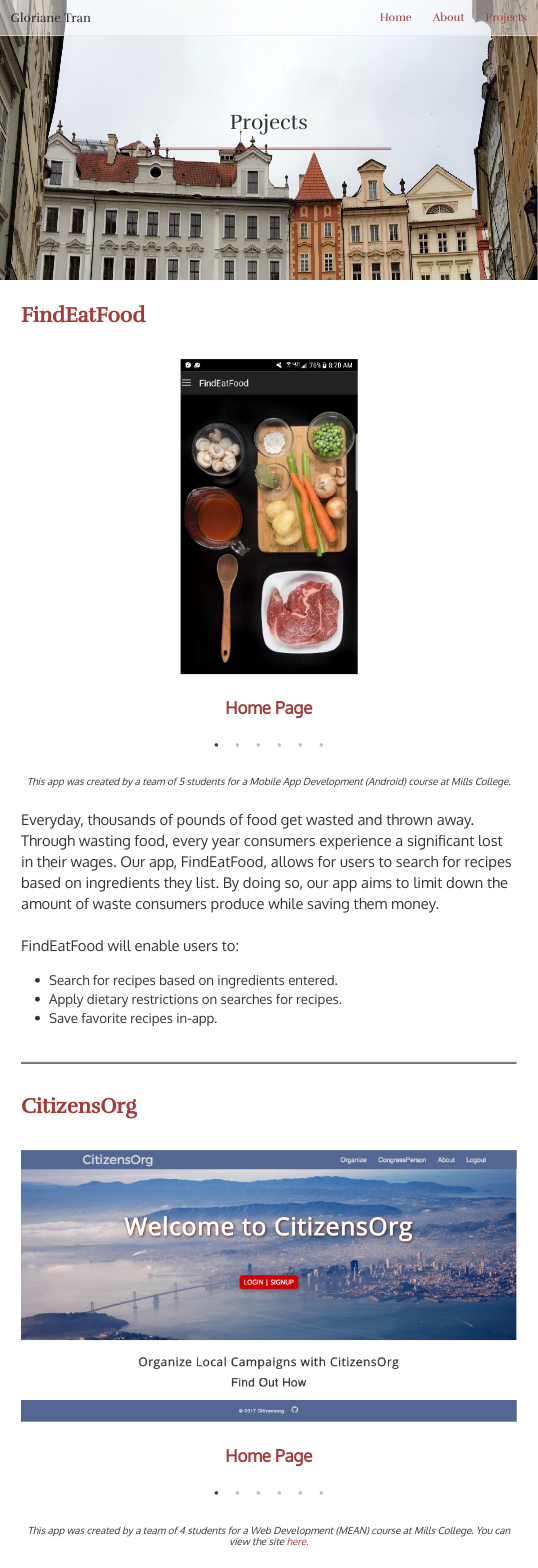
Repository: glorianetran/gloriane-web
Page: http://localhost/projects
The author's editor kept a record of every edit. The page is drawn from the files as they stood at one moment, then again after the next edit.
The browser window is 768 px wide. The pictures show the part of the page from y = 0 to 2240 px (the page is 3910 px tall), at 70% of full size.
Some web libraries are served in a nearby version. The page is served by the project's Node server (app.js). Other server files are loaded and not shown.

Above is the page before.

### app_server/views/projects.ejs
<!DOCTYPE html>
<html lang="en">
    <head>

        <% include partials/head.ejs %>

        <link href="/stylesheets/project.css" rel="stylesheet" type="text/css">

        <!--CSS for Slick-->
        <link href="/stylesheets/slick/slick.css" rel="stylesheet" type="text/css">
        <link href="/stylesheets/slick/slick-theme.css" rel="stylesheet" type="text/css">

        <!--Javascript for Slick-->
        <script type="text/javascript" src="/javascript/slick.min.js"></script>

        <!--Slick Slider JQuery-->
        <script>
            $(document).ready(function(){
                $('.slider').slick({
                  dots: true,
                  arrows: true
                });


                $('.slider2').slick({
                  dots: true,
                  arrows: true,
                });
            });
        </script>
	</head>

    <body>
        <% include partials/nav%>

        <div class="jumbotron">
            <h2 class="text-center rufina">Projects</h2>
            <strong><hr class="style"></strong>
        </div>

        <div class="container">
            <div class="margin">

                <!--FindEatFood-->
                <div class="container">
                    <a href="https://github.com/ruellia/FindEatFood" target="_blank" class="projects-header rufina">FindEatFood</a>
                    <br>
                    <br>
                    <br>
                    <div class="slider">
                        <div>
                            <img class="image-center" src="/images/findeatfood/home.png">
                            <h3 class="slide_caption text-center oxygen">Home Page</h3>
                        </div>

                        <div>
                            <img class="image-center" src="/images/findeatfood/recipesearch.png">
                            <h3 class="slide_caption text-center oxygen">Recipe Search Page</h3>
                        </div>

                        <div>
                            <img class="image-center" src="/images/findeatfood/dietary.png">
                            <h3 class="slide_caption text-center oxygen">Dietary Restrictions Page</h3>
                        </div>

                        <div>
                            <img class="image-center" src="/images/findeatfood/recipeslist.png">
                            <h3 class="slide_caption text-center oxygen">Recipe Search Results</h3>
                        </div>

                        <div>
                            <img class="image-center"  src="/images/findeatfood/reciperesult.png">
                            <h3 class="slide_caption text-center oxygen">Recipe Detail Page</h3>
                        </div>

                        <div>
                            <img class="image-center"  src="/images/findeatfood/favorites.png">
                            <h3 class="slide_caption text-center oxygen">Favorites Page</h3>
                        </div>
                     </div><!--end .slider-->

                    <br>
                    <div class="text-center"><h5><i class="oxygen">This app was created by a team of 5 students for
                    a Mobile App Development (Android) course at Mills College. </i></h5></div>
                    <br>
                    <div class="projects-text oxygen">
                    Everyday, thousands of pounds of food get wasted and thrown away.
                    Through wasting food, every year consumers experience a significant lost in their wages.
                    Our app, FindEatFood, allows for users to search for recipes based on ingredients they list.
                    By doing so, our app aims to limit down the amount of waste consumers produce while saving them money.
                    <br><br>
                    FindEatFood will enable users to:
                    </div>
                    <br>
                    <div class="projects-text-small oxygen">
                        <ul>
                            <li>Search for recipes based on ingredients entered.</li>
                            <li>Apply dietary restrictions on searches for recipes.</li>
                            <li>Save favorite recipes in-app.</li>
                        </ul>
                    </div>
                </div><!--end inner .container-->

                <br>
                <hr class="style-2">
                <br>

                <!--CitizensOrg-->
                <div class="container">
                    <a href="https://github.com/glorianetran/citizensorg" target="_blank" class="projects-header rufina">CitizensOrg</a>
                    <br>
                    <br>
                    <br>
                    <div class="slider2">
                        <div>
                            <img class="image-center-2" src="/images/citizensorg/home_copy.png">
                            <h3 class="slide_caption text-center oxygen">Home Page</h3>
                        </div>

                        <div>
                            <img class="image-center-2" src="/images/citizensorg/login.png">
                            <h3 class="slide_caption text-center oxygen">Signup/Login Page</h3>
                        </div>

                        <div>
                            <img class="image-center-2" src="/images/citizensorg/dashboard.png">
                            <h3 class="slide_caption text-center oxygen">Dashboard</h3>
                        </div>

                        <div>
                            <img class="image-center-2" src="/images/citizensorg/upcomingActions.png">
                            <h3 class="slide_caption text-center oxygen">Upcoming Actions Page</h3>
                        </div>

                        <div>
                            <img class="image-center-2" src="/images/citizensorg/findCongress.png">
                            <h3 class="slide_caption text-center oxygen">Congressperson Search Page</h3>
                        </div>

                        <div>
                            <img class="image-center-2" src="/images/citizensorg/congress_results.png">
                            <h3 class="slide_caption text-center oxygen">Congressperson Results Page</h3>
                        </div>
                    </div><!--end .slider-->

                    <br>
                    <div class="text-center"><h5><i class="oxygen">This app was created by a team of 4 students for
                    a Web Development (MEAN) course at Mills College. You can view the site
                    <a href="http://citizensorg.herokuapp.com/" target="_blank">here.</a></i></h5></div>
                    <br>
                    <div class="projects-text oxygen">
                    As a group of concerned citizens, we recognized the need to have a central place
                    where concerned individuals can find information to stay politically informed and active.
                    Our app, CitizensOrg, allows for users to serach for their local congressperson by zipcode and
                    organize events through their dashboard.
                    <br><br>
                    CitizensOrg will enable users to:
                    </div>
                    <br>
                    <div class="projects-text-small oxygen">
                        <ul>
                            <li>Search for their congressperson by zipcode.</li>
                            <li>View their congressperson's contact information.</li>
                            <li>Post actions.</li>
                            <li>View upcoming actions.</li>
                        </ul>
                    </div>
                </div><!--end inner .container-->

                <br>
                <hr class="style-2">
                <br>

                <!--Wake Up-->
                <div class="container">
                    <a href="https://github.com/memobelt/WakeUp" target="_blank" class="projects-header rufina">WakeUp</a>
                    <br>
                    <br>
                    <br>
                    <div class="slider">
                        <div>
                            <img class="image-center" src="/images/wakeup/alarm.png">
                            <h3 class="slide_caption text-center oxygen">Set Alarm</h3>
                        </div>

                        <div>
                            <img class="image-center" src="/images/wakeup/alarm_list.png">
                            <h3 class="slide_caption text-center oxygen">Alarm List</h3>
                        </div>

                        <div>
                            <img class="image-center" src="/images/wakeup/equation.png">
                            <h3 class="slide_caption text-center oxygen">Alarm Equation</h3>
                        </div>

                        <div>
                            <img class="image-center" src="/images/wakeup/stopwatch.png">
                            <h3 class="slide_caption text-center oxygen">Stopwatch</h3>
                        </div>

                        <div>
                            <img class="image-center" src="/images/wakeup/timer.png">
                            <h3 class="slide_caption text-center oxygen">Timer</h3>
                        </div>
                    </div><!--end .slider-->

                    <br>
                    <div class="text-center"><h5><i class="oxygen">This app was created by a team of 2 students for
                    a Mobile App Development (Android) course at Aquincum Institute of Technology (AIT) in Budapest.</i></h5></div>
                    <br>
                    <div class="projects-text oxygen">
                    Most people will set an alarm everyday but still wake up late. This is
                    partially because of the snooze option. WakeUp is alarm app that
                    turns off ONLY if you solve an equation. Our app also includes a timer and stopwatch,
                    similar to Android's native alarm app.
                    <br><br>
                    WakeUp will enable users to:
                    </div>
                    <br>
                    <div class="projects-text-small oxygen">
                        <ul>
                            <li>Set an alarm.</li>
                            <li>Set the alarm equation difficulty on a scale of 0 to 3.</li>
                            <li>Change alarm notification sounds.</li>
                            <li>Use a stopwatch with lap capabilities.</li>
                            <li>Set a timer.</li>
                        </ul>
                    </div>
                </div><!--end inner .container-->

            </div><!--end .margin -->
        </div><!--end outer .container-->
	</body>

	<% include partials/footer%>

</html>

### app_server/views/partials/head.ejs
<meta charset="utf-8">
<meta http-equiv="X-UA-Compatible" content="IE=edge">
<meta name="viewport" content="width=device-width, initial-scale=1">
<meta name="description" content="Gloriane Tran's personal website with information about her academic work and projects.">
<meta name="author" content="Gloriane Tran">

<!--jQuery-->
<script src="https://ajax.googleapis.com/ajax/libs/jquery/3.2.0/jquery.min.js"></script>

<!--Bootstrap Themes-->
<link rel="stylesheet" href="https://maxcdn.bootstrapcdn.com/bootstrap/3.3.7/css/bootstrap.min.css">
<script src="https://maxcdn.bootstrapcdn.com/bootstrap/3.3.7/js/bootstrap.min.js"></script>

<!--Icons-->
<link href="https://maxcdn.bootstrapcdn.com/font-awesome/4.7.0/css/font-awesome.min.css" rel="stylesheet">

<!--Stylesheets-->
<link href="/stylesheets/footer.css" rel="stylesheet">
<link href="/stylesheets/font.css" rel="stylesheet">
<link href="/stylesheets/nav.css" rel="stylesheet">

<!--Fonts-->
<link href="https://fonts.googleapis.com/css?family=Oxygen|Rufina" rel="stylesheet">

<!--Page Title -->
<title>Gloriane Tran | <%= title %></title>

### app_server/views/partials/nav.ejs
<nav class="navbar navbar-default navbar-fixed-top">
    <div class="container-fluid">
        <div class="navbar-header">
                <button type="button" class="navbar-toggle collapsed" data-toggle="collapse" data-target="#navbar" aria-expanded="false" aria-controls="navbar">
                <span class="icon-bar"></span>
                <span class="icon-bar"></span>
                <span class="icon-bar"></span>
            </button>
            <a class="navbar-brand rufina" href="/">Gloriane Tran</a>
        </div>

        <div class="navbar-collapse collapse" id="navbar">
            <ul class="nav navbar-nav navbar-right rufina">
                <li><a href="/">Home</a></li>
                <li><a href="/about">About</a></li>
                <li><a href="/projects">Projects</a></a></li>
            </ul>
        </div>
    </div>
</nav>

### app_server/views/partials/footer.ejs
<footer>
    <hr>
    <div class="container">
        <div class="text-center">
            <a href="https://www.linkedin.com/in/gloriane-tran-ab8592a7/" target="_blank"><i class="fa fa-linkedin-square fa-3x social"></i></a>
            <a href="https://github.com/glorianetran" target="_blank"><i class="fa fa-github-square fa-3x social"></i></a>
            <a href="mailto:glorianetran@gmail.com"><span class="glyphicon glyphicon-envelope"></span></a>
            <br>
            <br>
            <p class="rufina">Copyright © Gloriane Tran 2017</p>
        </div>
    </div>
</footer>

### app.js
var express = require('express');
var path = require('path');
var favicon = require('serve-favicon');
var logger = require('morgan');
var cookieParser = require('cookie-parser');
var bodyParser = require('body-parser');

var index = require('./app_server/routes/index');
var users = require('./app_server/routes/users');

var app = express();

// view engine setup
app.set('views', path.join(__dirname,'app_server', 'views'));
app.set('view engine', 'ejs');

// uncomment after placing your favicon in /public
//app.use(favicon(path.join(__dirname, 'public', 'favicon.ico')));
app.use(logger('dev'));
app.use(bodyParser.json());
app.use(bodyParser.urlencoded({ extended: false }));
app.use(cookieParser());
app.use(express.static(path.join(__dirname, 'public')));

app.use('/', index);
app.use('/users', users);

// catch 404 and forward to error handler
app.use(function(req, res, next) {
  var err = new Error('Not Found');
  err.status = 404;
  next(err);
});

// error handler
app.use(function(err, req, res, next) {
  // set locals, only providing error in development
  res.locals.message = err.message;
  res.locals.error = req.app.get('env') === 'development' ? err : {};

  // render the error page
  res.status(err.status || 500);
  res.render('error');
});

module.exports = app;

### app_server/controllers/main.js
/* GET home page */
module.exports.index = function(req, res) {
    res.render('index', {
        title: 'Home'
    });
};

/* GET about page. */
module.exports.about = function(req, res) {
    res.render('about', {
        title: 'About'
    });
};

/* GET projects page. */
module.exports.projects = function(req, res) {
    res.render('projects', {
        title: 'Projects'
    });
};

### public/stylesheets/footer.css
footer {
    width: 100%;
    height: 100px;
}


/*Social Media Links*/

.fa-3x {
    font-size: 3em;
    color: #A33B3B;
    margin: auto 5px;
}

.fa-3x:hover {
    color: #333333;
}


/*Link color*/

a {
    color: #A33B3B;
}

a:hover {
    color: #333333;
}

a:focus {
    color: #A33B3B;
}


/*Email Icon*/

span.glyphicon-envelope {
    font-size: 2.5em;
    margin: auto 5px;
}

.glyphicon {
    top: 3px;
}

### public/stylesheets/font.css
.rufina{
    font-family: 'Rufina', serif;
}

.oxygen{
    font-family: 'Oxygen', sans-serif;
}

### public/stylesheets/nav.css
.navbar-default .navbar-brand {
    color: #A33B3B;
    font-size: 18px;
}

.navbar-default .navbar-brand:hover,
.navbar-default .navbar-brand:focus {
    color: #2C2B2B;
}

.navbar-default .navbar-nav>li>a {
    color: #A33B3B;
    font-size: 16px;
}

.navbar-default {
    background-color: RGBA(255, 255, 255, .5);
    border-color: #E7E7E7;
}

.icon-bar {
    background-color: #A33B3B !important;
}

### public/stylesheets/project.css
hr.style {
    border-top: 3px double #000000;
    width: 350px;
    border-color: #A33B3B;
}

hr.style-2 {
    border-top: 3px double #000000;
    width: 100%;
    border-color: #333333;
    text-align: left;
}

.button {
    border-radius: 0px;
    color: #333333;
    font-size: 15px;
    font-weight: 500;
    background: RGBA(255, 255, 255, .2);
    padding: 10px 20px 10px 20px;
    border: solid #333333 2px;
    outline: none !important;
}

.button:hover {
    background: #A33B3B;
    text-decoration: none;
    color: #333333;
}

.jumbotron {
    margin-bottom: 0px;
    padding: 9% 0;
    width: 100%;
    background-image: url("/images/projects.jpg");
    background-size: 100% 100%;
    background-position: 0 0;
    height: 400px;
}

.container {
    width: 100%;
    padding: 0px;
}

.margin {
    margin: 90px 200px;
}

.projects-text {
    font-size: 21px;
}

.projects-text-small {
    font-size: 19px;
}

.projects-header {
    font-weight: bold;
    font-size: 30px;
}


/*slider*/

.slick-prev:before,
.slick-next:before {
    font-family: "Glyphicons Halflings", "slick", sans-serif;
    font-size: 40px;
}

.slick-prev:before {
    content: "\e257";
    color: #333;
}

.slick-next:before {
    content: "\e258";
    color: #333;
}

.slick-prev:after {
    content: "\e257";
    color: #333;
}

.slick-next:after {
    content: "\e258";
    color: #333;
}

.image-center {
    margin: auto;
}

.image-center-2 {
    margin: auto;
    width: 100%;
}

.slide_caption {
    font-weight: bold;
    color: #A33B3B;
    /*background: RGBA(170, 18, 18, .8);*/
    padding: 15px;
}

.slick-dots li button:before {
    font-size: 20px;
    line-height: 20px;
    color: #333333;
}

.slick-dots li button:after {
    font-size: 20px;
    line-height: 20px;
    color: #A33B3B;
}

.slick-dots li.slick-active button:before {
    color: #A33B3B;
}

.slider {
    margin: 0;
}

.slider .slide {
    width: 100%;
    height: 100%;
}


/*Responsive*/

@media (max-width: 1260px) {
    html,
    body {
        width: auto !important;
        overflow-x: hidden !important;
    }
    .slick-prev:before,
    .slick-next:before {
        font-size: 25px;
    }
    .margin {
        margin: 40px 60px;
    }
    .jumbotron {
        padding: 10% 0;
    }
    .button {
        background: #A33B3B;
    }
    .button:hover {
        background: #333333;
        color: #A33B3B;
    }
}

@media (max-width: 970px) {
    html,
    body {
        width: auto !important;
        overflow-x: hidden !important;
    }
    .slick-prev:before,
    .slick-next:before {
        font-size: 0px;
    }
    .margin {
        margin: 30px 30px;
    }
    .jumbotron {
        padding: 18% 0px;
        width: 100%;
    }
    .button {
        background: #A33B3B;
    }
    .button:hover {
        background: #333333;
        color: #A33B3B;
    }
}

@media (max-width: 480px) {
    html,
    body {
        width: auto !important;
        overflow-x: hidden !important;
    }
    .slick-prev:before,
    .slick-next:before {
        font-size: 0px;
    }
    hr.style {
        width: 300px;
    }
    .margin {
        margin: 30px 30px;
    }
    .jumbotron {
        padding: 26% 0;
    }
    .button {
        background: #A33B3B;
    }
    .button:hover {
        background: #333333;
        color: #A33B3B;
    }
}

Loaded but not shown: public/stylesheets/slick/slick.css (common file); public/stylesheets/slick/slick-theme.css (library); public/javascript/slick.min.js (library)

After the next edit:
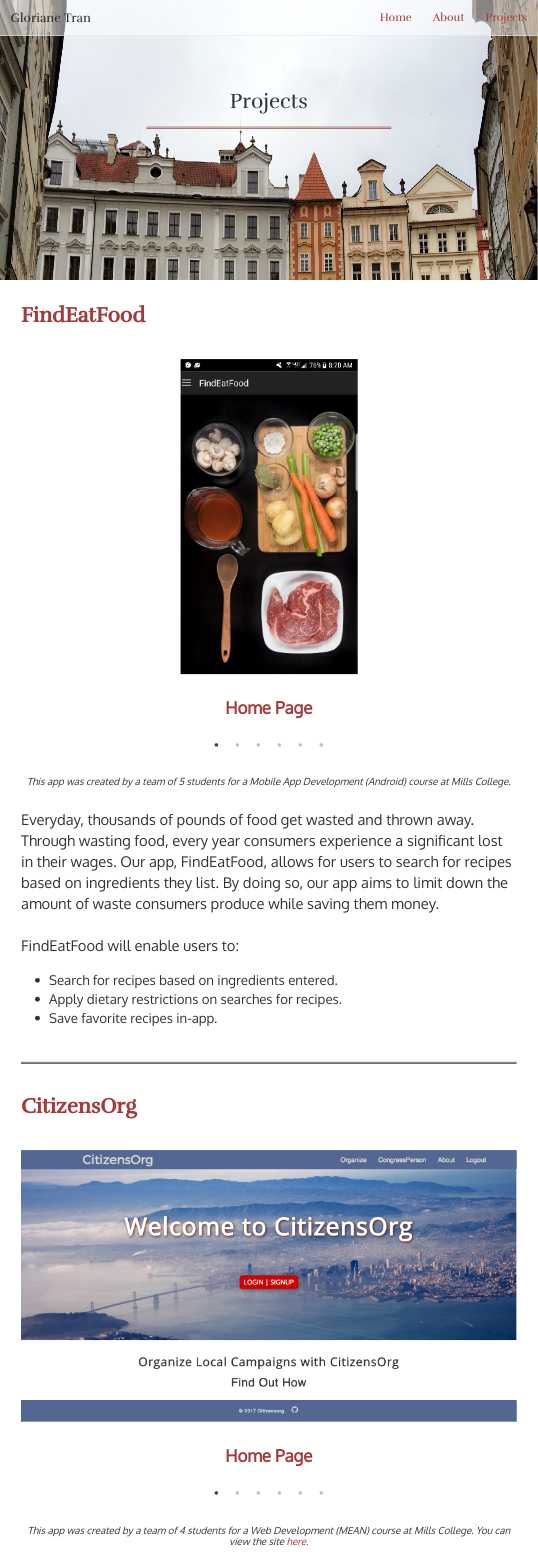
The edit:
--- a/public/stylesheets/project.css
+++ b/public/stylesheets/project.css
@@ -172,7 +172,7 @@
         margin: 30px 30px;
     }
     .jumbotron {
-        padding: 18% 0px;
+        padding: 14% 0px;
         width: 100%;
     }
     .button {
